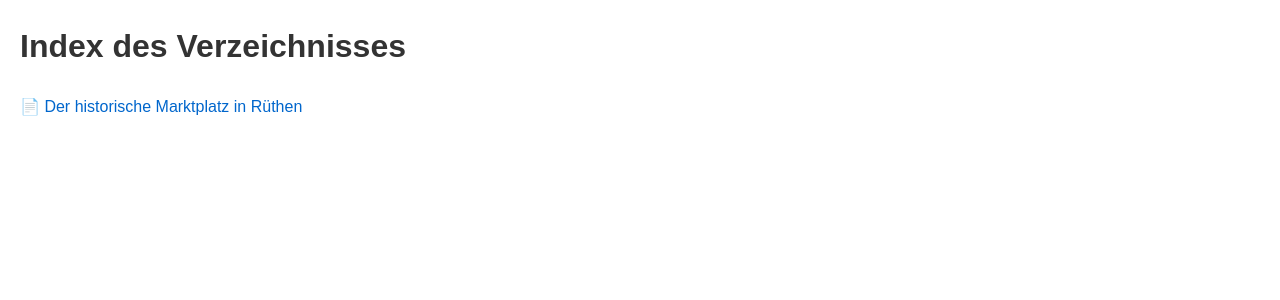
Repository: h-fahle/h-fahle.github.io
Page: geschichte/index.html
These files come from the project's save history. The page is drawn as it stood at one moment and after the next save; the edit follows.
The browser window is 1280 px wide. The pictures show the whole page.

Above is the page before, as saved 2026-05-23 17:22:47.

After the next save:
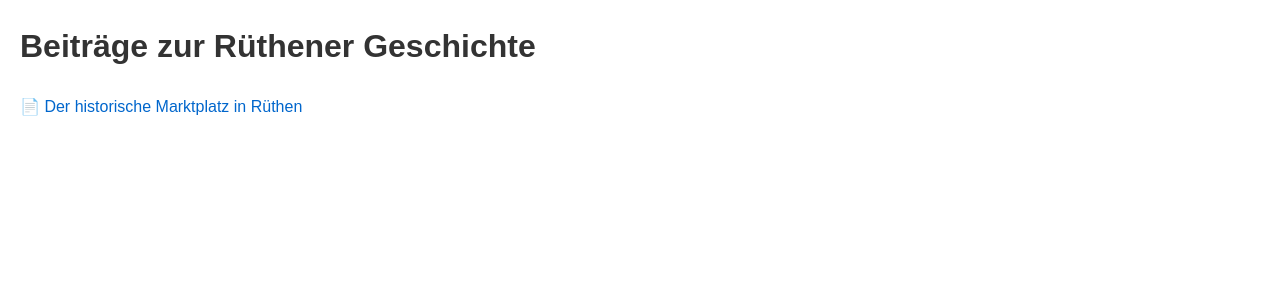
Saved 25 min 25 s later.
--- a/geschichte/index.html
+++ b/geschichte/index.html
@@ -14,7 +14,7 @@
     </style>
 </head>
 <body>
-    <h1>Index des Verzeichnisses</h1>
+    <h1>Beiträge zur Rüthener Geschichte</h1>
     <ul>
         <li><a href="historische_marktplatz_rüthen.pdf">📄 Der historische Marktplatz in Rüthen</a></li>
     </ul>
